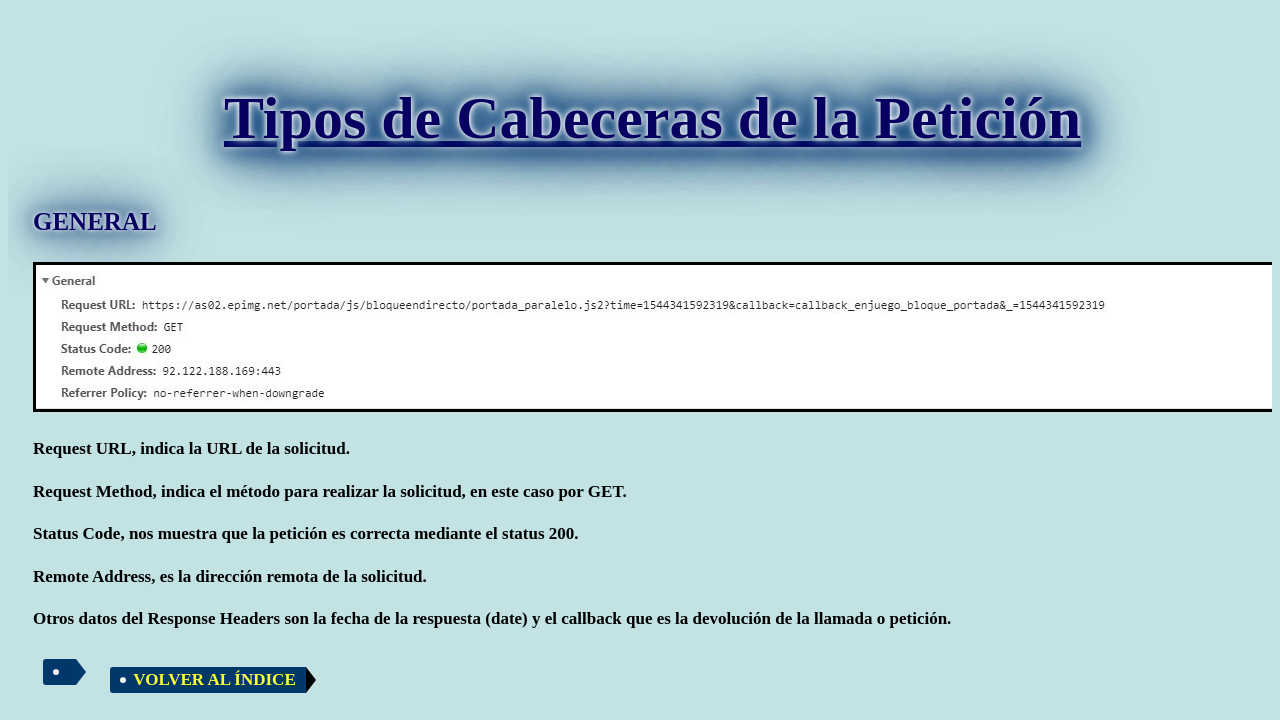
Repository: VictorinoBF97/HerramientasDesarollo
Page: general.html
These files come from the project's save history. The page is drawn as it stood at one moment and after the next save; the edit follows.
The browser window is 1280 px wide. The pictures show the whole page.

Above is the page before, as saved 2018-12-09 09:26:44.
Not found: main.js

After the next save:
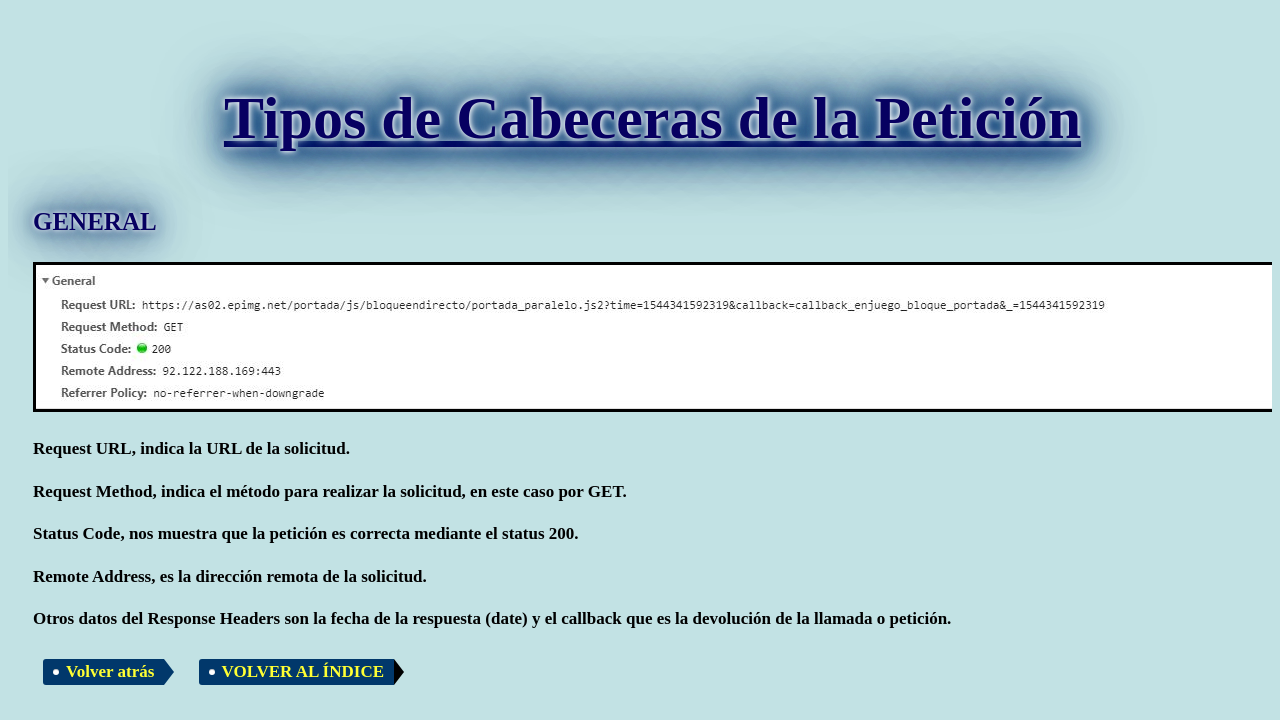
Saved 15 s later.
--- a/general.html
+++ b/general.html
@@ -26,7 +26,7 @@
                 <p>Otros datos del <b>Response Headers</b> son la fecha de la respuesta (date) y el <strong>callback</strong> que es la devolución de la llamada o petición.</p>
             </div>
 
-            <a  href="headers.html" target="_self"></a>&nbsp;<a href="indice.html" target="_self" class="volver">VOLVER AL ÍNDICE</a>
+            <a  href="headers.html" target="_self">Volver atrás</a>&nbsp;<a href="indice.html" target="_self" class="volver">VOLVER AL ÍNDICE</a>
     </body>
 
 
